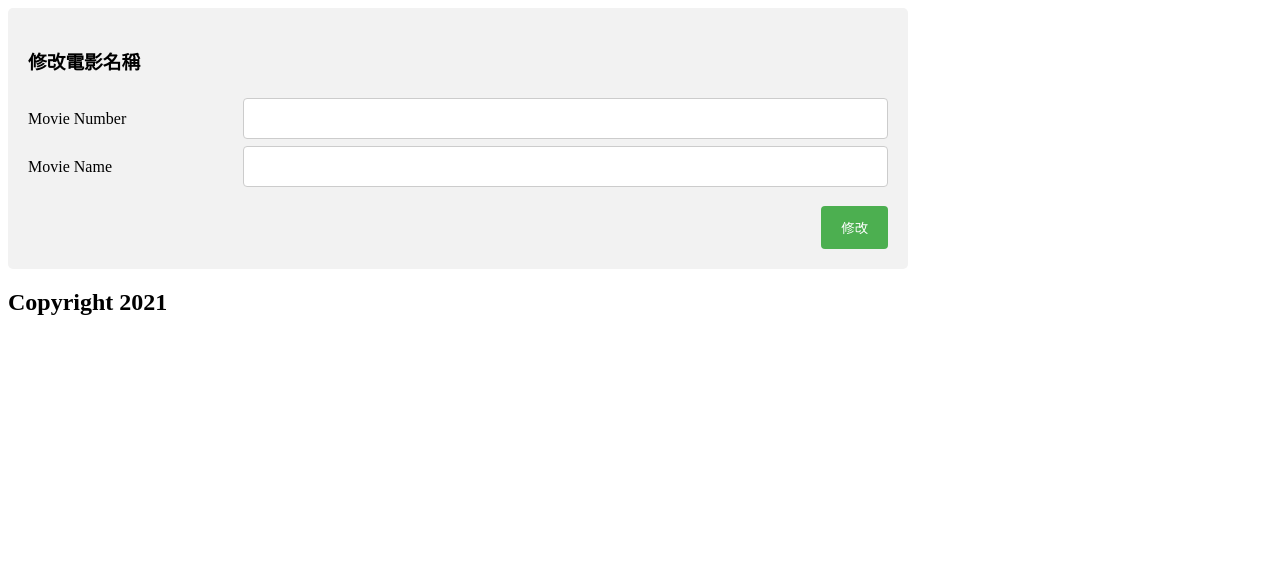
Repository: PEICHI26/Cinema
Page: http://localhost/Cinema/Update.jsp
The author's editor kept a copy of each file at every save. The page is drawn from the files as they stood at one save, then again after the next save.
The browser window is 1280 px wide. The pictures show the whole page.
The page is served by Tomcat 9. Nobody is signed in. The application's start-up code is not run. Other server files are loaded and not shown.

Above is the page before, as saved 2021-12-18 07:49:15.

### Cinema/src/main/webapp/Update.jsp
<%@ page language="java" contentType="text/html; charset=UTF-8"
    pageEncoding="UTF-8"%>
<!DOCTYPE html>
<html>
<head>
<meta charset="UTF-8">
<title>Update Movie</title>
<style>
* {
  box-sizing: border-box;
}

input[type=text], select, textarea {
  width: 100%;
  padding: 12px;
  border: 1px solid #ccc;
  border-radius: 4px;
  resize: vertical;
}

label {
  padding: 12px 12px 12px 0;
  display: inline-block;
}

input[type=submit] {
  background-color: #4CAF50;
  color: white;
  padding: 12px 20px;
  border: none;
  border-radius: 4px;
  cursor: pointer;
  float: right;
}

input[type=submit]:hover {
  background-color: #45a049;
}

.container {
  border-radius: 5px;
  background-color: #f2f2f2;
  padding: 20px;
  width:900px;
}

.col-25 {
  float: left;
  width: 25%;
  margin-top: 6px;
}

.col-75 {
  float: left;
  width: 75%;
  margin-top: 6px;
}

/* Clear floats after the columns */
.row:after {
  content: "";
  display: table;
  clear: both;
}

/* Responsive layout - when the screen is less than 600px wide, make the two columns stack on top of each other instead of next to each other */
@media screen and (max-width: 600px) {
  .col-25, .col-75, input[type=submit] {
    width: 100%;
    margin-top: 0;
  }
}
</style>
</head>
<body>
<div class="container">
<h3>修改電影名稱</h3>
  <form action="MovieServlet" method="post">
  <div class="row">
    <div class="col-25">
      <label for="movieno">Movie Number</label>
    </div>
    <div class="col-75">
      <input type="text" id="movieno" name="movieno" placeholder="">
    </div>
  </div>
  <div class="row">
    <div class="col-25">
      <label for="moviename">Movie Name</label>
    </div>
    <div class="col-75">
      <input type="text" id="moviename" name="moviename" placeholder="">
    </div>
  </div>

  <br>
  <div class="row">
    <input type="submit" name="UPDATE" value="修改">
  </div>
  </form>
</div>
<%@ include file="copyright.jspf" %>
</body>
</html>

### Cinema/src/main/webapp/copyright.jspf
<h2> Copyright   2021 </h2>

After the next save:
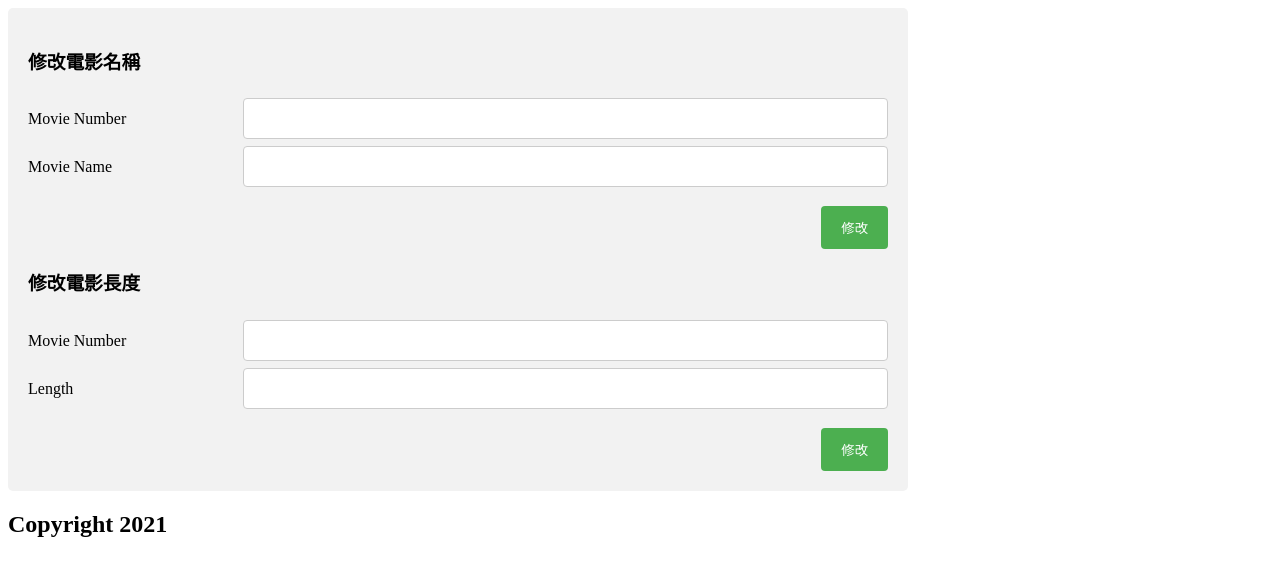
Saved 117 s later.
--- a/Cinema/src/main/webapp/Update.jsp
+++ b/Cinema/src/main/webapp/Update.jsp
@@ -1,5 +1,5 @@
 <%@ page language="java" contentType="text/html; charset=UTF-8"
-    pageEncoding="UTF-8"%>
+	pageEncoding="UTF-8"%>
 <!DOCTYPE html>
 <html>
 <head>
@@ -7,98 +7,124 @@
 <title>Update Movie</title>
 <style>
 * {
-  box-sizing: border-box;
+	box-sizing: border-box;
 }
 
 input[type=text], select, textarea {
-  width: 100%;
-  padding: 12px;
-  border: 1px solid #ccc;
-  border-radius: 4px;
-  resize: vertical;
+	width: 100%;
+	padding: 12px;
+	border: 1px solid #ccc;
+	border-radius: 4px;
+	resize: vertical;
 }
 
 label {
-  padding: 12px 12px 12px 0;
-  display: inline-block;
+	padding: 12px 12px 12px 0;
+	display: inline-block;
 }
 
 input[type=submit] {
-  background-color: #4CAF50;
-  color: white;
-  padding: 12px 20px;
-  border: none;
-  border-radius: 4px;
-  cursor: pointer;
-  float: right;
+	background-color: #4CAF50;
+	color: white;
+	padding: 12px 20px;
+	border: none;
+	border-radius: 4px;
+	cursor: pointer;
+	float: right;
 }
 
 input[type=submit]:hover {
-  background-color: #45a049;
+	background-color: #45a049;
 }
 
 .container {
-  border-radius: 5px;
-  background-color: #f2f2f2;
-  padding: 20px;
-  width:900px;
+	border-radius: 5px;
+	background-color: #f2f2f2;
+	padding: 20px;
+	width: 900px;
 }
 
 .col-25 {
-  float: left;
-  width: 25%;
-  margin-top: 6px;
+	float: left;
+	width: 25%;
+	margin-top: 6px;
 }
 
 .col-75 {
-  float: left;
-  width: 75%;
-  margin-top: 6px;
+	float: left;
+	width: 75%;
+	margin-top: 6px;
 }
 
 /* Clear floats after the columns */
 .row:after {
-  content: "";
-  display: table;
-  clear: both;
+	content: "";
+	display: table;
+	clear: both;
 }
 
 /* Responsive layout - when the screen is less than 600px wide, make the two columns stack on top of each other instead of next to each other */
 @media screen and (max-width: 600px) {
-  .col-25, .col-75, input[type=submit] {
-    width: 100%;
-    margin-top: 0;
-  }
+	.col-25, .col-75, input[type=submit] {
+		width: 100%;
+		margin-top: 0;
+	}
 }
 </style>
 </head>
 <body>
-<div class="container">
-<h3>修改電影名稱</h3>
-  <form action="MovieServlet" method="post">
-  <div class="row">
-    <div class="col-25">
-      <label for="movieno">Movie Number</label>
-    </div>
-    <div class="col-75">
-      <input type="text" id="movieno" name="movieno" placeholder="">
-    </div>
-  </div>
-  <div class="row">
-    <div class="col-25">
-      <label for="moviename">Movie Name</label>
-    </div>
-    <div class="col-75">
-      <input type="text" id="moviename" name="moviename" placeholder="">
-    </div>
-  </div>
+	<div class="container">
+		<h3>修改電影名稱</h3>
+		<form action="MovieServlet" method="post">
+			<div class="row">
+				<div class="col-25">
+					<label for="movieno">Movie Number</label>
+				</div>
+				<div class="col-75">
+					<input type="text" id="movieno" name="movieno" placeholder="">
+				</div>
+			</div>
+			<div class="row">
+				<div class="col-25">
+					<label for="moviename">Movie Name</label>
+				</div>
+				<div class="col-75">
+					<input type="text" id="moviename" name="moviename" placeholder="">
+				</div>
+			</div>
 
-  <br>
-  <div class="row">
-    <input type="submit" name="UPDATE" value="修改">
-  </div>
-  </form>
-</div>
-<%@ include file="copyright.jspf" %>
+			<br>
+			<div class="row">
+				<input type="submit" name="UPDATE" value="修改">
+			</div>
+		</form>
+
+		<h3>修改電影長度</h3>
+		<form action="MovieServlet" method="post">
+			<div class="row">
+				<div class="col-25">
+					<label for="movieno">Movie Number</label>
+				</div>
+				<div class="col-75">
+					<input type="text" id="movieno" name="movieno" placeholder="">
+				</div>
+			</div>
+			<div class="row">
+				<div class="col-25">
+					<label for="movielength">Length</label>
+				</div>
+				<div class="col-75">
+					<input type="text" id="movielength" name="movielength"
+						placeholder="">
+				</div>
+			</div>
+
+			<br>
+			<div class="row">
+				<input type="submit" name="UPDATE" value="修改">
+			</div>
+		</form>
+	</div>
+	<%@ include file="copyright.jspf"%>
 </body>
 </html>
